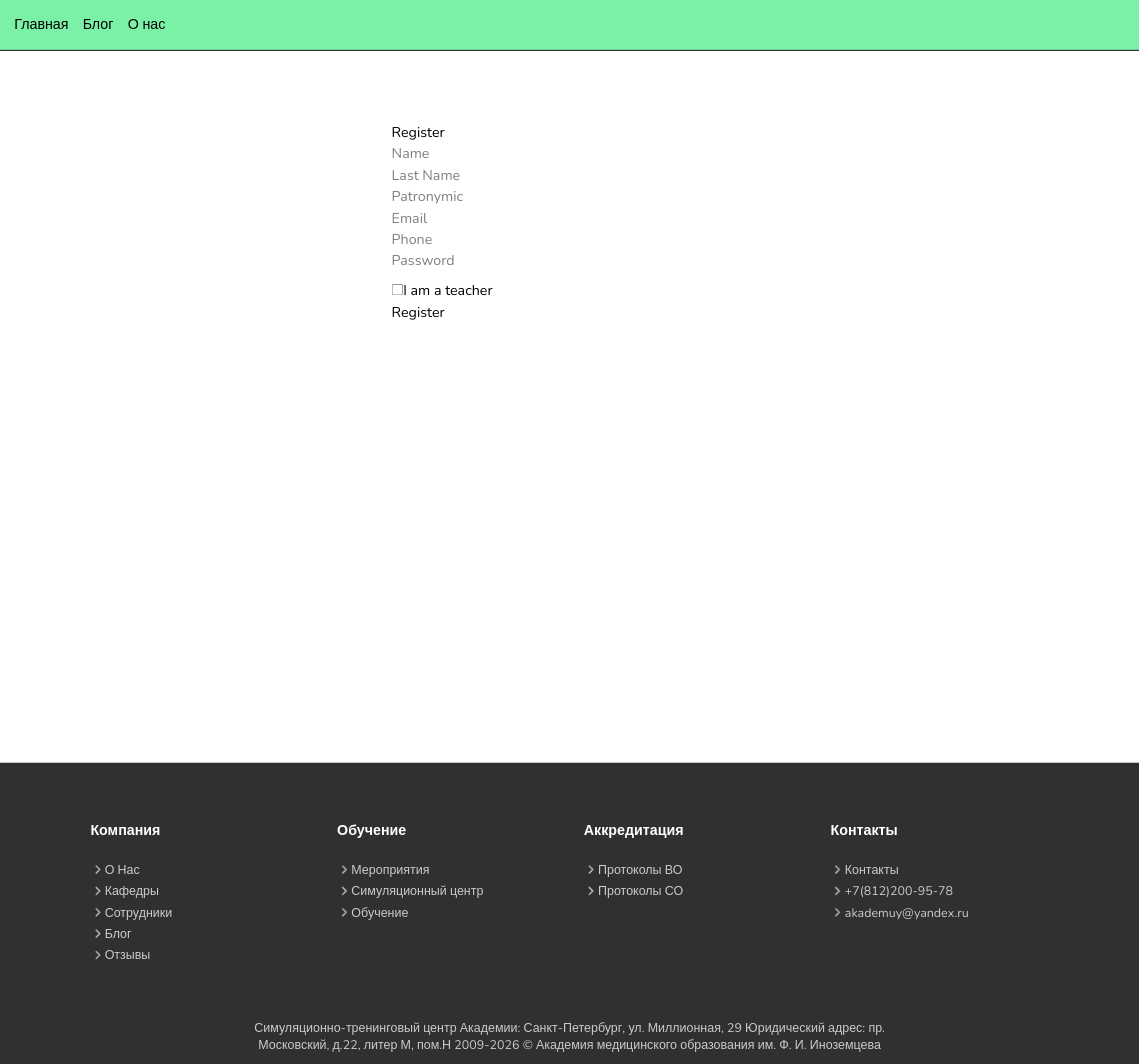
Repository: bandikost/inozem
Page: /register
These files come from the project's save history. The page is drawn as it stood at one moment and after the next save; the edit follows.
The browser window is 1280 px wide. The pictures show the whole page, at 89% of full size.
The project was rebuilt for these pictures with package versions that can differ from the ones it lists, and the page was loaded fresh each time. The framework's server and built-in components were replaced by stand-ins that run in the browser. Also part of the build but not shown: next.config.ts.

Above is the page before, as saved 2026-02-13 11:39:48.

After the next save:
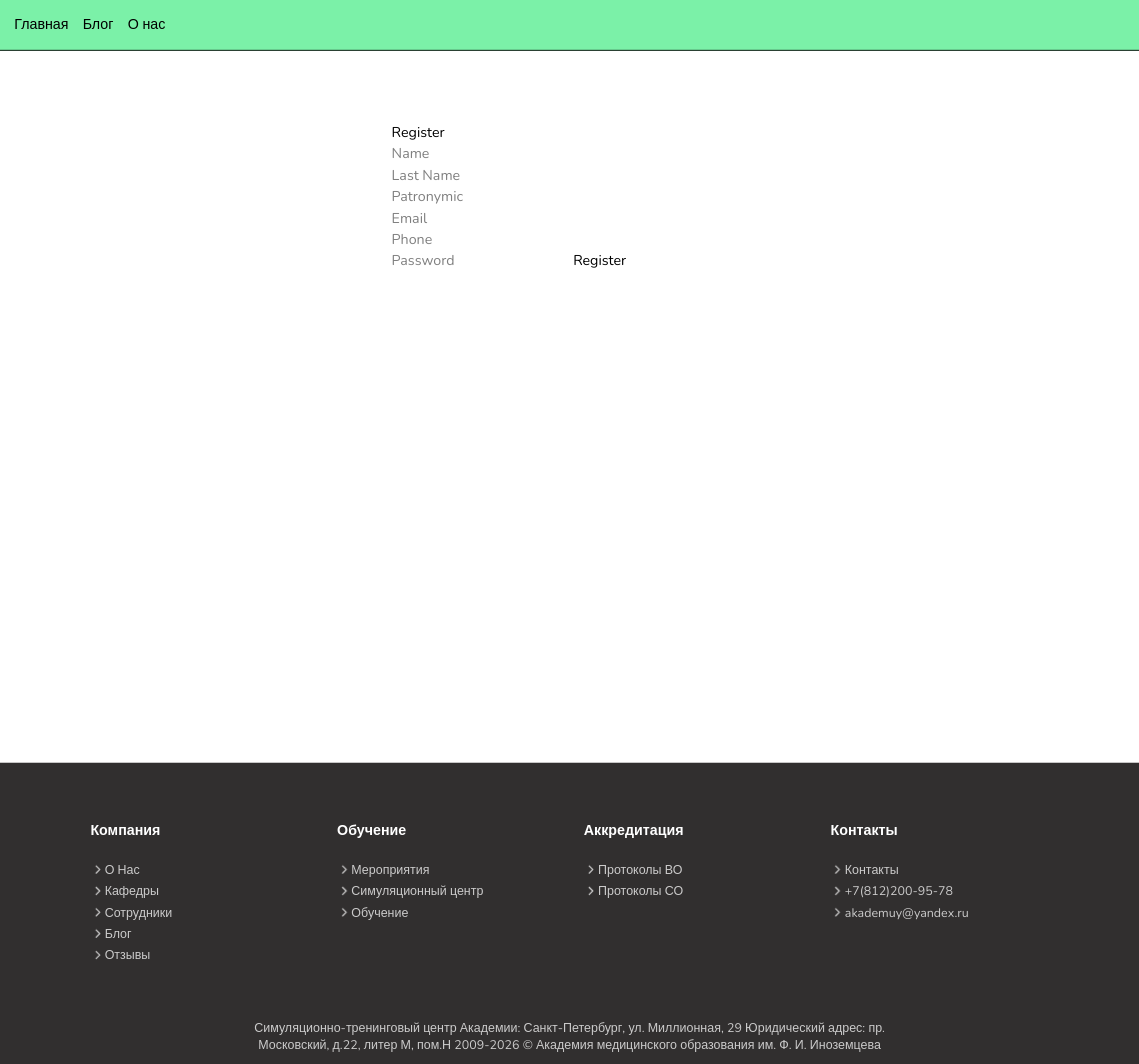
Saved 46 min 3 s later.
--- a/app/register/page.tsx
+++ b/app/register/page.tsx
@@ -23,7 +23,7 @@ export default function RegisterPage() {
     email: "",
     phone: "",
     password: "",
-    isTeacher: false,
+    isTeacher: false
   })
 
   const [loading, setLoading] = useState(false)
@@ -127,16 +127,6 @@ export default function RegisterPage() {
           required
         />
 
-        <label style={{ display: "block", marginTop: 10 }}>
-          <input
-            type="checkbox"
-            name="isTeacher"
-            checked={form.isTeacher}
-            onChange={handleChange}
-          />
-          I am a teacher
-        </label>
-
         <button type="submit" disabled={loading}>
           {loading ? "Registering..." : "Register"}
         </button>
